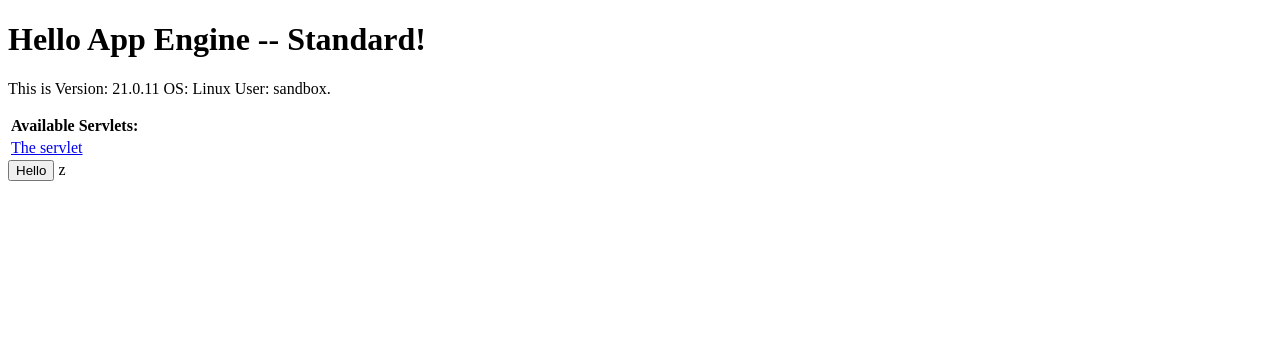
Repository: isauraAlmar/App-Engine-and-Internationalization-with-Java
Page: http://localhost/Marven/
These files come from the project's save history. The page is drawn as it stood at one moment and after the next save; the edit follows.
The browser window is 1280 px wide. The pictures show the whole page.
Some web fonts or font styles are not loaded; a fallback is used. The page is served by Tomcat 9. Other server files are loaded and not shown.

Above is the page before, as saved 2017-05-03 12:12:28.

### Marven/src/main/webapp/index.jsp
<!DOCTYPE html>
<%@ page contentType="text/html;charset=UTF-8" language="java" %>
<%@ page import="com.exemple.HelloInfo" %>
<!-- [START_EXCLUDE] -->
<%--
  ~ Copyright (c) 2016 Google Inc. All Rights Reserved.
  ~
  ~ Licensed under the Apache License, Version 2.0 (the "License"); you
  ~ may not use this file except in compliance with the License. You may
  ~ obtain a copy of the License at
  ~
  ~     http://www.apache.org/licenses/LICENSE-2.0
  ~
  ~ Unless required by applicable law or agreed to in writing, software
  ~ distributed under the License is distributed on an "AS IS" BASIS,
  ~ WITHOUT WARRANTIES OR CONDITIONS OF ANY KIND, either express or
  ~ implied. See the License for the specific language governing
  ~ permissions and limitations under the License.
  --%>
<!-- [END_EXCLUDE] -->
<html>
<head>
  <link href='//fonts.googleapis.com/css?family=Marmelad' rel='stylesheet' type='text/css'>
  <title>Hello App Engine Standard</title>
</head>
<body>
    <h1>Hello App Engine -- Standard!</h1>

  <p>This is <%= HelloInfo.getInfo() %>.</p>
  <table>
    <tr>
      <td colspan="2" style="font-weight:bold;">Available Servlets:</td>
    </tr>
    <tr>
      <td><a href='/hello'>The servlet</a></td>
    </tr>
  </table>
  <button >Hello</button>
  z

</body>
</html>

### Marven/src/main/java/com/exemple/HelloInfo.java
/*
 * Copyright (c) 2016 Google Inc. All Rights Reserved.
 *
 * Licensed under the Apache License, Version 2.0 (the "License"); you
 * may not use this file except in compliance with the License. You may
 * obtain a copy of the License at
 *
 *     http://www.apache.org/licenses/LICENSE-2.0
 *
 * Unless required by applicable law or agreed to in writing, software
 * distributed under the License is distributed on an "AS IS" BASIS,
 * WITHOUT WARRANTIES OR CONDITIONS OF ANY KIND, either express or
 * implied. See the License for the specific language governing
 * permissions and limitations under the License.
 */

package com.exemple;

// [START example]
/**
 * Generate some simple information.
 */
public class HelloInfo {

  public static String getInfo() {
    return "Version: " + System.getProperty("java.version")
          + " OS: " + System.getProperty("os.name")
          + " User: " + System.getProperty("user.name");
  }

  public static String Country (){
	  String stn = new String();
	  stn = "USA";
	  return stn;
  }
}
// [END example]

After the next save:
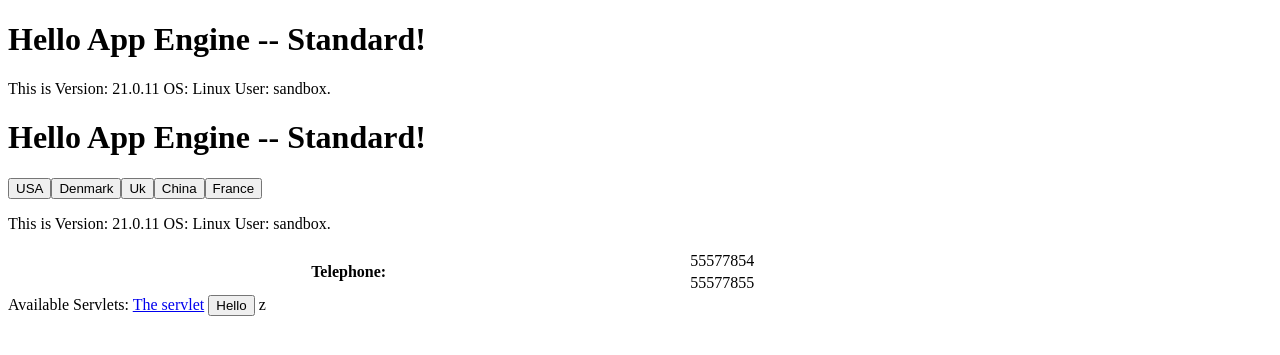
Saved 22 h 16 min later.
--- a/Marven/src/main/webapp/index.jsp
+++ b/Marven/src/main/webapp/index.jsp
@@ -28,6 +28,27 @@
 
   <p>This is <%= HelloInfo.getInfo() %>.</p>
   <table>
+
+  <h1>Hello App Engine -- Standard!</h1>
+
+    <button >USA</button>
+    <button >Denmark</button>
+	<button >Uk</button>
+	<button >China</button>
+	<button >France</button>
+
+<p>This is <%= HelloInfo.getInfo() %>.</p>
+ <table style="width:100%">
+
+  <tr>
+    <th rowspan="2">Telephone:</th>
+    <td>55577854</td>
+  </tr>
+  <tr>
+    <td>55577855</td>
+  </tr>
+</table>
+
     <tr>
       <td colspan="2" style="font-weight:bold;">Available Servlets:</td>
     </tr>
